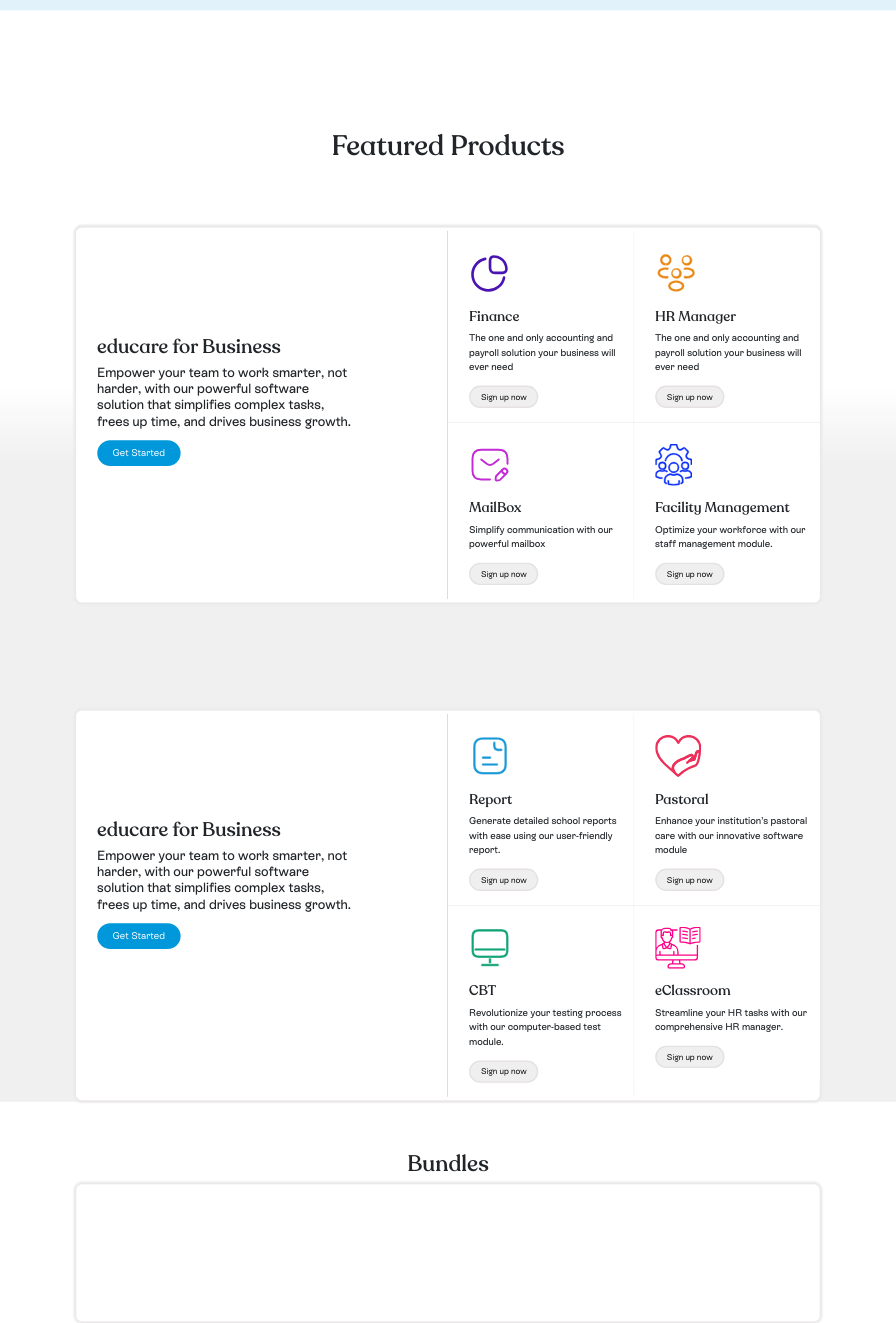
Repository: sarahnnanyelugo/educare-web
Page: /
These files come from the project's save history. The page is drawn as it stood at one moment and after the next save; the edit follows.
The browser window is 1280 px wide. The pictures show the part of the page from y = 877 to 2797 px (the page is 2767 px tall before and 2797 px after), at 70% of full size.
The project was rebuilt for these pictures with package versions that can differ from the ones it lists, and the page was loaded fresh each time.

Above is the page before, as saved 2023-04-05 09:48:24.

After the next save:
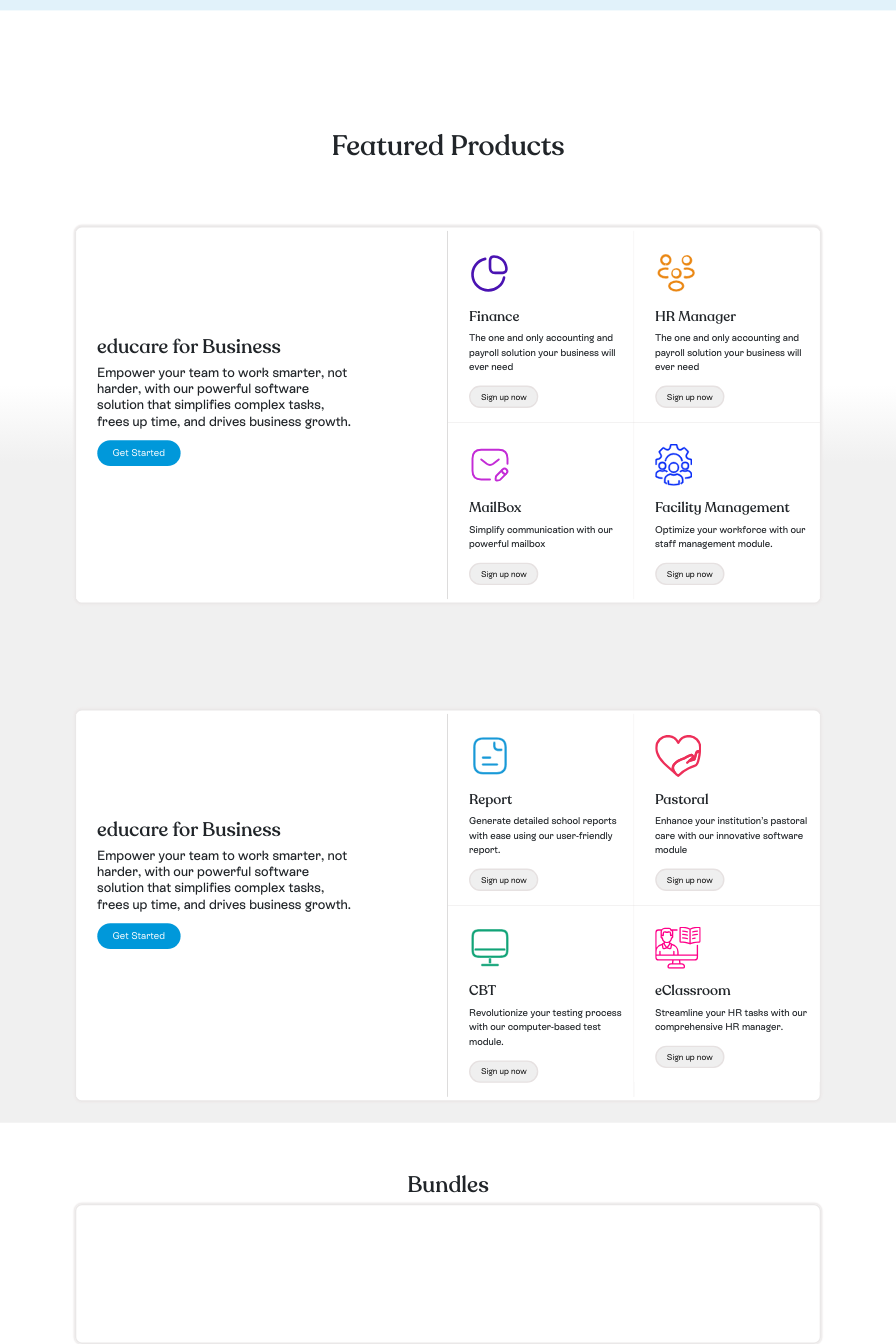
Saved 31 s later.
--- a/src/pages/Home/_home.scss
+++ b/src/pages/Home/_home.scss
@@ -86,6 +86,7 @@
     0deg,
     rgba(255, 255, 255, 1) 67% rgba(240, 240, 240, 1) 51%
   );
+  padding-bottom: 30px;
 }
 .bundles {
   border: solid 2px rgb(234, 232, 232);
